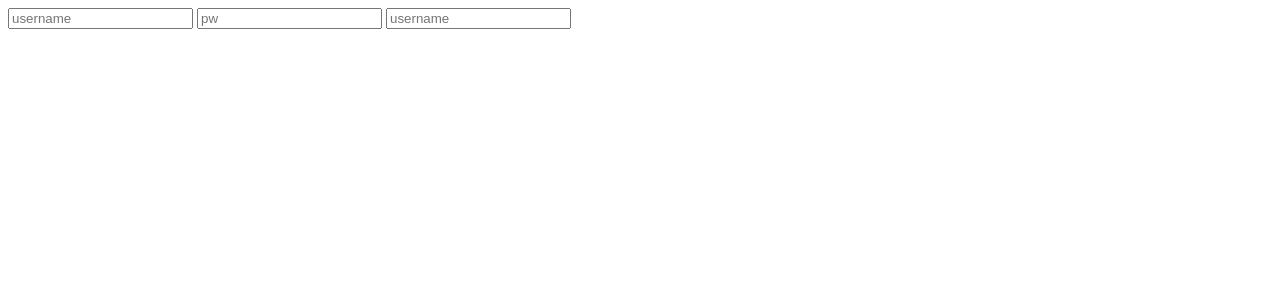
Repository: vuhoangthanh/JDBC-Servlet
Page: http://localhost/new-jdbc/views/login.jsp
An editor plug-in stored every save of this project. The page is shown before and after the next save, followed by the edit.
The browser window is 1280 px wide. The pictures show the whole page.
The page is served by Tomcat 9. Nobody is signed in. The application's start-up code is not run.

Above is the page before, as saved 2024-06-25 09:37:33.

After the next save:
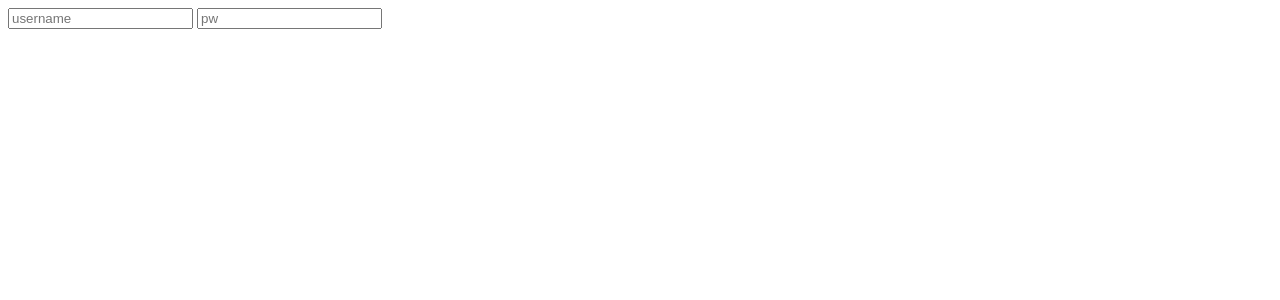
Saved 6 s later.
--- a/new-jdbc/src/main/webapp/views/login.jsp
+++ b/new-jdbc/src/main/webapp/views/login.jsp
@@ -10,7 +10,7 @@
 	<form action="<c:url value='/dang-nhap'/> method="POST">
 		<input type="email" id="userName" name="userName" placeholder="username">
 		<input type="password" id="password" name="password" placeholder="pw">
-		<input type="email" id="userName" name="userName" placeholder="username">
+		<input type="hidden" id="userName" name="userName" placeholder="username">
 
    	</form>
 </body>
